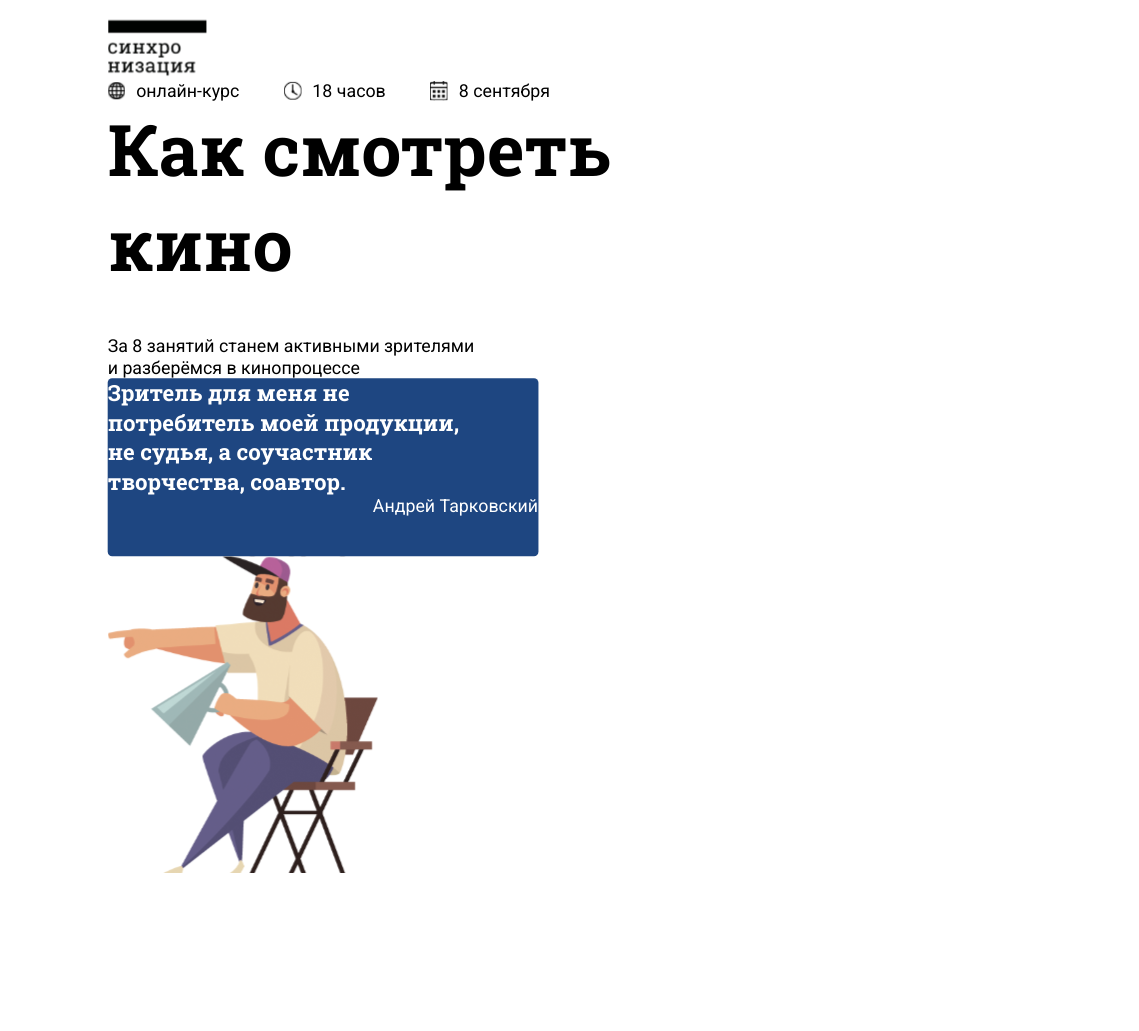
Repository: kubrazamanova/project1
Page: index.html
These files come from the project's save history. The page is drawn as it stood at one moment and after the next save; the edit follows.
The browser window is 1280 px wide. The pictures show the whole page, at 89% of full size.

Above is the page before, as saved 2023-09-09 12:51:02.

### index.html
<!DOCTYPE html>
<html lang="en">

<head>
  <meta charset="UTF-8" />
  <meta name="viewport" content="width=device-width, initial-scale=1.0" />
  <title>Document</title>
  <link rel="stylesheet" href="index.css" />
</head>

<body>
  <div class="container">
    <img class="logo-img" src="./images/logo_mobile_black 1 (1).svg" alt="">
<ul>
  <li>
<img src="./images/globe (1).svg" alt="">
<p>онлайн-курс</p>
  </li>
  <li>
    <img src="./images/img_135744 (1).svg" alt="">
    <p>18 часов </p>
  </li>
  <li>
    <img src="./images/calendar_2 (1).svg" alt="">
    <p>8 сентября</p>
  </li>
</ul>



    <div class="text-container">
      <h1>Как смотреть кино</h1>
      <p>За 8 занятий станем активными зрителями и разберёмся в кинопроцессе</p>
    </div>
    <div class="card-box">
      <div class="blue">
        <h1> Зритель для меня не потребитель моей продукции, не судья, а соучастник творчества, соавтор. </h1>
        <br>
        <h2>Андрей Тарковский</h2>
      </div>
    </div>
    <img src="./noroot 1.svg" alt="">
  </div>

</body>
</html>

### index.css
@import url("https://fonts.googleapis.com/css2?family=Roboto+Slab:wght@700&family=Roboto:wght@400;700&display=swap");
* {
  margin: 0;
  padding: 0;
  box-sizing: border-box;
}
.container {
    padding:  21px 246px 173px 121px;
}
.container .logo-img{
    width: 112px;
height: 66px;
}
.container ul{
    display: flex;
}
.container ul  li{
display: flex;
margin-right: 50px;
}
.container ul li img{
    margin-right: 12px;
    width: 20px;
height: 22px;
}
.container ul li p{
    color: #000;
    font-family: Roboto;
    font-size: 20px;
    font-style: normal;
    font-weight: 400;
    line-height: 115%;
}
.text-container {
  /* padding: 248px 246px 174px 122px; */
}
.card-box {
  /* padding: 87px 0 173px 409px; */
}

.text-container h1 {
  margin-bottom: 51px;
  width: 628px;
  color: #000;
  font-family: Roboto Slab;
  font-size: 80px;
  font-style: normal;
  font-weight: 700;
}
.text-container p {
  width: 414px;
  color: #000;
  font-family: Roboto;
  font-size: 20px;
  font-style: normal;
  font-weight: 400;
}
 .img {
  width: 304px;
  height: 356px;
}
.blue {
  border-radius: 5px;
  background: #1e4681;
  width: 483.635px;
  height: 200px;
}

.blue h1 {
  width: 430.589px;
  height: 113px;
  color: #fff;
  font-family: Roboto Slab;
  font-size: 25px;
  font-style: normal;
  font-weight: 400;
}
.blue h2 {
  color: #fff;
  text-align: right;
  font-family: Roboto;
  font-size: 20px;
  font-style: normal;
  font-weight: 400;
}

After the next save:
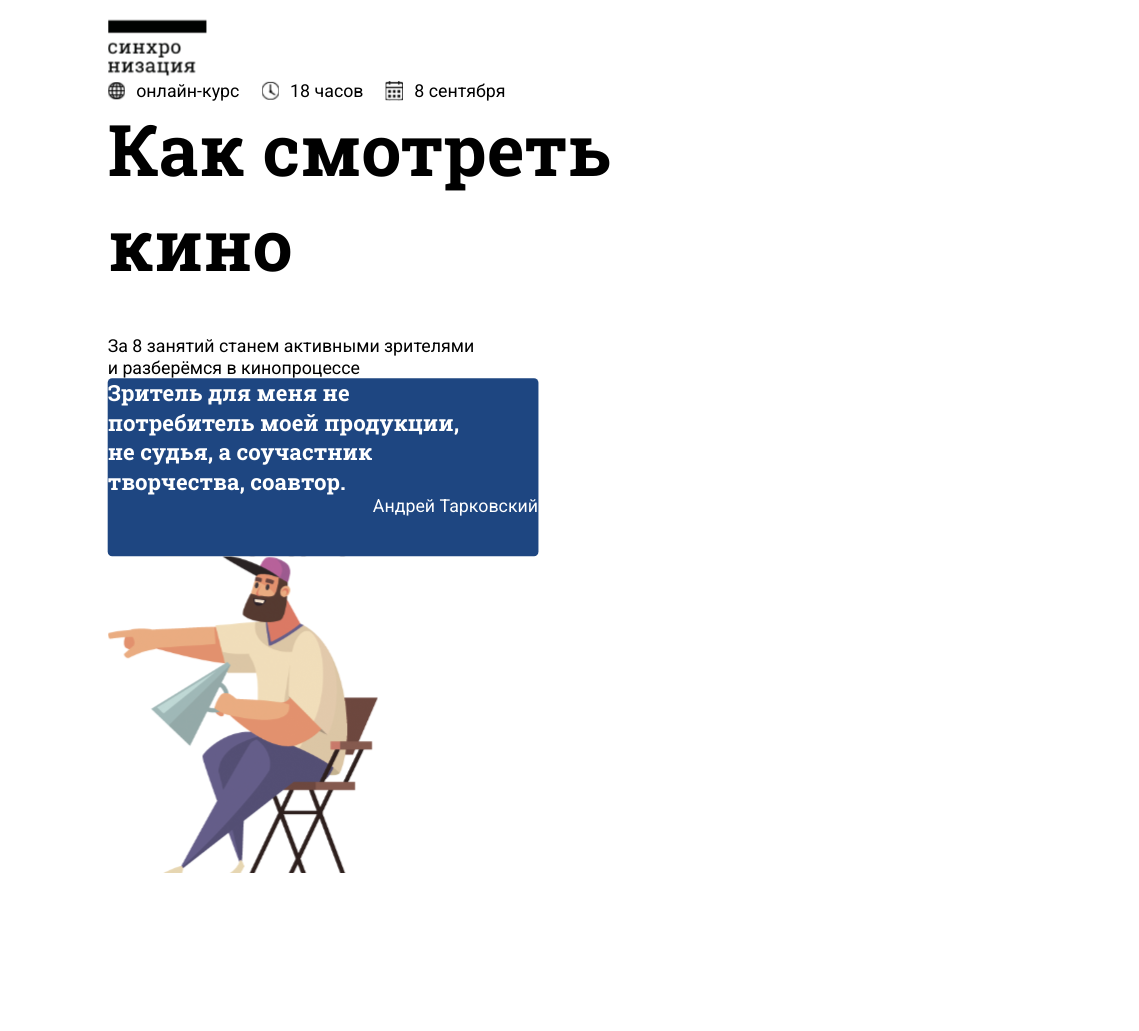
Saved 17 s later.
--- a/index.css
+++ b/index.css
@@ -16,7 +16,7 @@
 }
 .container ul  li{
 display: flex;
-margin-right: 50px;
+margin-right: 25px;
 }
 .container ul li img{
     margin-right: 12px;
